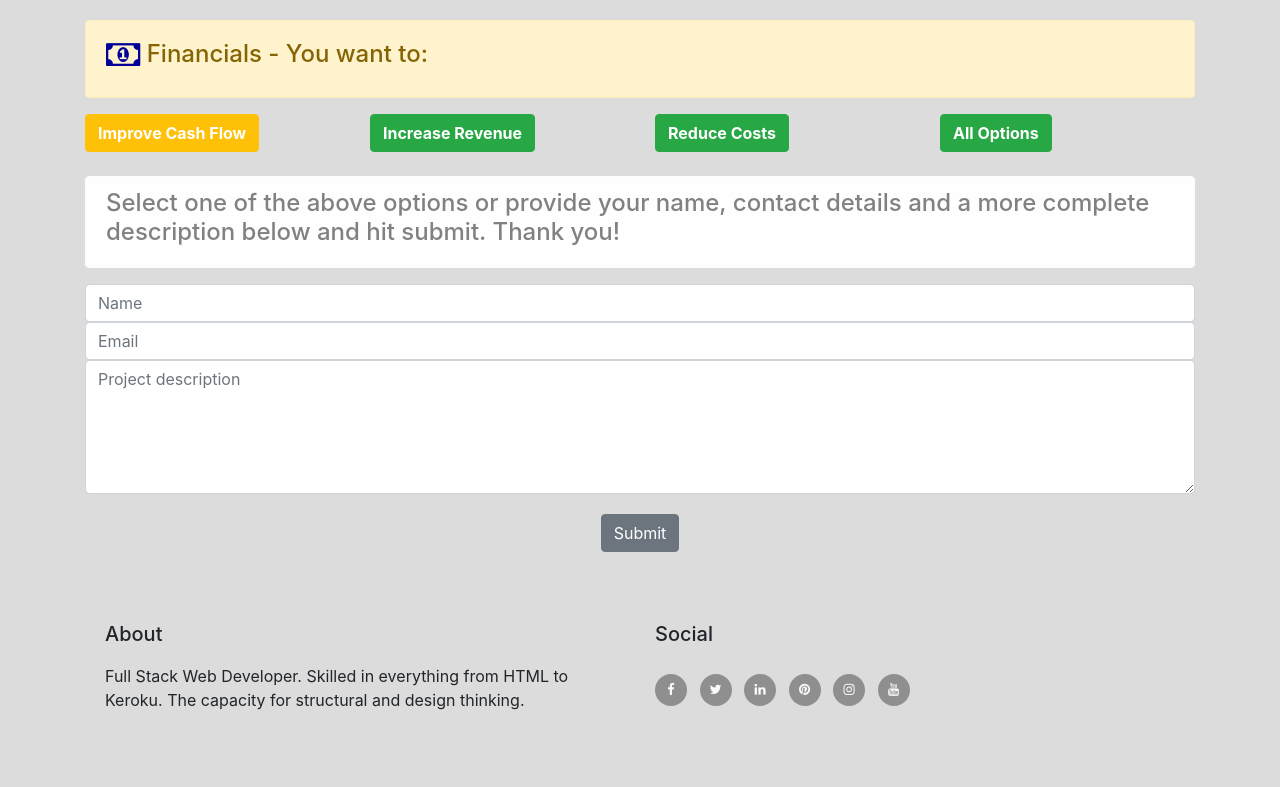
Repository: Code-Institute-Submissions/tenerim-milestone1
Page: Financials.html
The author's editor kept a record of every edit. The page is drawn from the files as they stood at one moment, then again after the next edit.
The browser window is 1280 px wide. The pictures show the whole page.

Above is the page before.

### Financials.html
<!DOCTYPE html>
<html lang="en">

<head>
    <meta charset="UTF-8">
    <meta name="viewport" content="width=device-width, initial-scale=1.0">
    <meta http-equiv="X-UA-Compatible" content="ie=edge">
    <link rel="stylesheet" href="https://stackpath.bootstrapcdn.com/bootstrap/4.3.1/css/bootstrap.min.css" type="text/css" />
    <link href="https://stackpath.bootstrapcdn.com/bootstrap/4.3.1/css/bootstrap.min.css" rel="stylesheet" integrity="sha384-ggOyR0iXCbMQv3Xipma34MD+dH/1fQ784/j6cY/iJTQUOhcWr7x9JvoRxT2MZw1T" crossorigin="anonymous">
    <link rel="stylesheet" href="https://stackpath.bootstrapcdn.com/font-awesome/4.7.0/css/font-awesome.min.css" type="text/css" />
    <link href="https://stackpath.bootstrapcdn.com/font-awesome/4.7.0/css/font-awesome.min.css" rel="stylesheet" integrity="sha384-wvfXpqpZZVQGK6TAh5PVlGOfQNHSoD2xbE+QkPxCAFlNEevoEH3Sl0sibVcOQVnN" crossorigin="anonymous">
    <link rel="stylesheet" href="assets/css/style.css" type="text/css" />
    <title>MT Milestone Project 1</title>

</head>

<!-------------------------------------------------------------Financials -->

<body>

    <section id="Financials" ;>

        <div class="container">

            <div class="row">
                <div class="col-sm-12">
                    <div class="alert alert-warning" role="alert">
                        <h4 class="alert-heading"><i class="fa fa-money fa-lg" aria-hidden="true"></i> Financials - You want to:</h4>
                    </div>
                </div>
            </div>

            <div class="row">

                <div class="col-sm-3">
                    <button type="button" class="btn btn-warning"><a href="#" class="alert-link">Improve Cash Flow</a></button> <br />
                </div>
                <div class="col-sm-3">
                    <button type="button" class="btn btn-success"><a href="#" class="alert-link">Increase Revenue</a></button> <br />
                </div>
                <div class="col-sm-3">
                    <button type="button" class="btn btn-success"><a href="#" class="alert-link">Reduce Costs</a></button> <br />
                </div>
                <div class="col-sm-3">
                    <button type="button" class="btn btn-success"><a href="#" class="alert-link">All Options</a></button> <br /> <br />
                </div>
            </div>

            <div class="alert alert-light" role="alert">
                <h4 class="alert-heading">Select one of the above options or provide your name, contact details and a more complete description below and hit submit. Thank you!</h4>
            </div>

            <div class="center-form">
                <form>
                    <input type="text" name="name" id="fullname" class="form-control" placeholder="Name" required />
                    <input type="email" name="email" id="emailaddress" class="form-control" placeholder="Email" required />
                    <textarea rows="5" name="projectsummary" id="projectsummary" class="form-control" placeholder="Project description" required></textarea>
                    <div class="form-row text-center">
                        <div class="col">
                            <button type="submit" class="btn btn-secondary">Submit</button>
                        </div>
                    </div>
                </form>
            </div>

        </div>

    </section>


    <!-------------------------------------------------------------Footer -->

    <Section id="footer" ;>

        <footer class="container">
            <div id="footer-details" class="row">
                <div class="col-sm-6">
                    <h5 class="uppercase general-sub">About</h5>
                    <p class "inline-block">
                        Full Stack Web Developer. Skilled in everything from HTML to Keroku. The capacity for structural and design thinking.</p>
                </div>


                <div class="col-sm-6">
                    <h5 class="uppercase general-sub">Social</h5>
                    <ul class="list-inline social-links">
                        <li class="list-inline-item">
                            <a target="_blank" href="#">
                            <i class="fa fa-facebook" aria-hidden="true"></i>
                            <span class="sr-only">Facebook</span>
                        </a>
                        </li>
                        <li class="list-inline-item">
                            <a target="_blank" href="#">
                            <i class="fa fa-twitter" aria-hidden="true"></i>
                            <span class="sr-only">twitter</span>
                        </a>
                        </li>
                        <li class="list-inline-item">
                            <a target="_blank" href="#">
                            <i class="fa fa-linkedin" aria-hidden="true"></i>
                            <span class="sr-only">LinkedIn</span>
                        </a>
                        </li>
                        </li>
                        <li class="list-inline-item">
                            <a target="_blank" href="#">
                            <i class="fa fa-pinterest" aria-hidden="true"></i>
                            <span class="sr-only">Pinterest</span>
                        </a>
                        </li>
                        </li>
                        <li class="list-inline-item">
                            <a target="_blank" href="#">
                            <i class="fa fa-instagram" aria-hidden="true"></i>
                            <span class="sr-only">Instagram</span>
                        </a>
                        </li>
                        </li>
                        <li class="list-inline-item">
                            <a target="_blank" href="#">
                            <i class="fa fa-youtube" aria-hidden="true"></i>
                            <span class="sr-only">YouTube</span>
                        </a>
                        </li>
                    </ul>
                </div>
            </div>

        </footer>

    </Section>

</body>

</html>

### assets/css/style.css
.container-fluid {
    background-color: rgb(220, 220, 220);
}

section {
    background-color: rgb(220, 220, 220);
    padding-top: 10px;
    padding-bottom: 10px
}


.splash {
    background-color: rgb(192, 192, 192)
}


.display-4 {
    padding-top: 50px
}


.lead {
    padding-bottom: 50px
}


.headbox {
    border-radius: 25px;
    border: 2px solid #73AD21;
    padding: 10px;
    text-align: center;
    width: 200px;

}

h4 {
    color: rgb(255, 255, 255)
}



.alert-link {

color: rgb(255, 255, 255)
}

.nav-link {
color: #000099
}

.fa {
     color: #000099
    }



/*--------------------------------------How I Got Here-----*/

.timeline-item {
    padding: 0em 1em 1em 1em;
    border-left: 1px solid
}

.timeline-item:before {
    content: attr(data-dates);
    left: 2.5em;
    top: 3em;
    display: block;
    font-weight: 500;
    font-size: 1em;
    color: #000099;
}

.timeline-item:after {
    width: 12px;
    height: 12px;
    display: block;
    top: -3em;
    position: relative;
    left: -23px;
    border-radius: 12px;
    content: "";
    background: #000099
}


/*--------------------------------------How I Add Value-----*/

.values {
        font-size: 13px;
        color: #fafafa
    }






/*--------------------------------------Contact-----*/

.contact {
  position: relative;
  text-align: center;
  color: white
}


.top-left {
  position: absolute;
  top: 8px;
  left: 16px
}




/*--------------------------------------Footer-----*/

.social-links {
    padding-bottom: 15px
}

.social-links li a i {
    width: 32px;
    height: 32px;
    padding: 12px 0;
    border-radius: 50%;
    font-size: 13px;
    line-height: 7px;
    text-align: center;
    color: #fafafa;
    background: #8f8f8f;
    transition: all 0.35s ease-in-out;
    -moz-transition: all 0.35s ease-in-out;
    -webkit-transition: all 0.35s ease-in-out;
    -o-transition: all 0.35s ease-in-out
}

.social-links li a i:hover {
    background: #e84610
}

#footer-details {
    padding: 20px
}


/*--------------------------------------Padding-----*/

li     {
    padding-top: 10px;
    padding-bottom: 10px
}

.container
{
    padding-top: 10px;
    padding-bottom: 10px
}

h2 {
    padding-top: 10px;
    padding-bottom: 10px
}



h3 {
    padding-top: 10px;
    padding-bottom: 10px
}



h5 {
    padding-top: 10px;
    padding-bottom: 10px
}

.fa {
    padding-top: 10px;
    padding-bottom: 10px
 }

.btn-block  {
     margin-top: 10px
    }

.text-center {
    padding-top: 20px
}

.navbar {
    padding-top: 10px;
    padding-bottom: 10px
}

After the next edit:
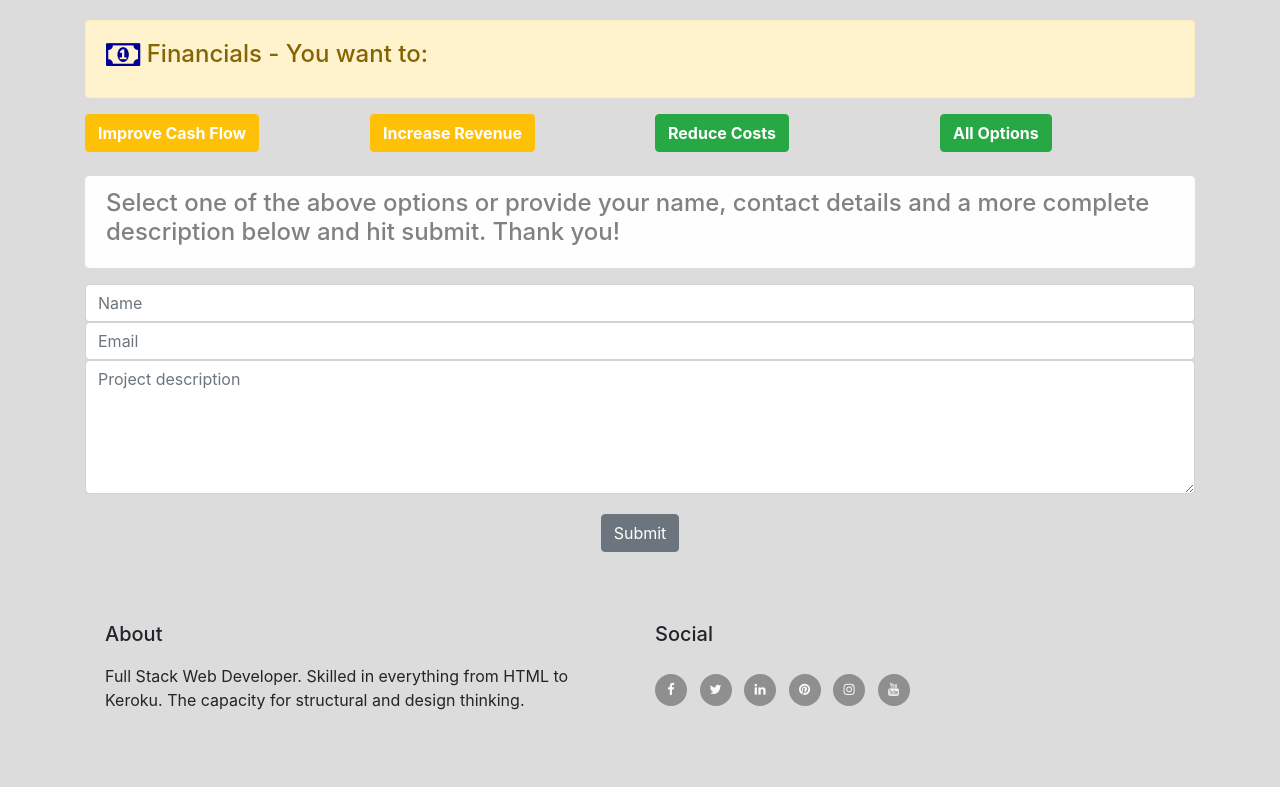
The edit:
--- a/Financials.html
+++ b/Financials.html
@@ -36,7 +36,7 @@
                     <button type="button" class="btn btn-warning"><a href="#" class="alert-link">Improve Cash Flow</a></button> <br />
                 </div>
                 <div class="col-sm-3">
-                    <button type="button" class="btn btn-success"><a href="#" class="alert-link">Increase Revenue</a></button> <br />
+                    <button type="button" class="btn btn-warning"><a href="#" class="alert-link">Increase Revenue</a></button> <br />
                 </div>
                 <div class="col-sm-3">
                     <button type="button" class="btn btn-success"><a href="#" class="alert-link">Reduce Costs</a></button> <br />
